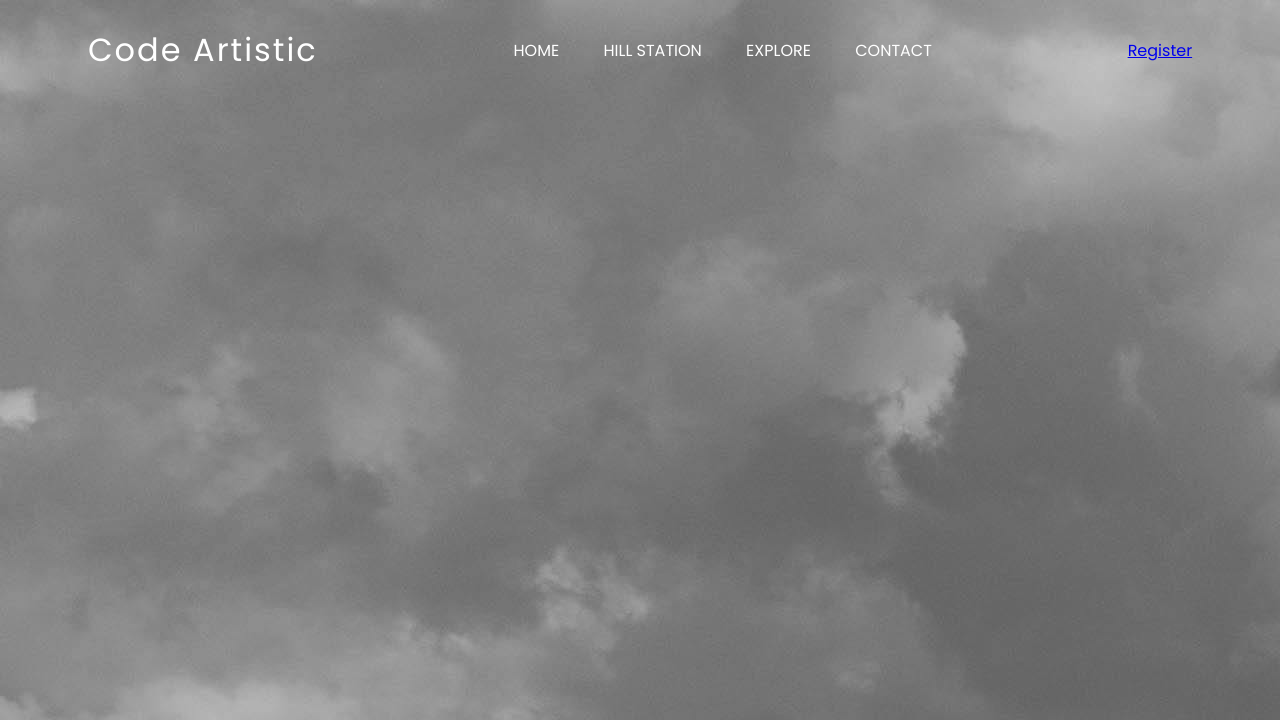
Repository: Ruxmary7/energy
Page: starter/index.html
The author's editor kept a copy of each file at every save. The page is drawn from the files as they stood at one save, then again after a run of saves.
The browser window is 1280 px wide. The pictures show the whole page.

Above is the page before, as saved 2025-01-10 22:03:07.

### starter/index.html
<!DOCTYPE html>
<html lang="en">
<head>
    <meta charset="UTF-8">
    <meta name="viewport" content="width=device-width, initial-scale=1.0">
    <title>Landing page</title>
    <link rel="stylesheet" href="style.css">
</head>
<body>
    <header>
<nav>
    <div class="logo">
Code Artistic
    </div>
<div class="menu">
    <a href="#">Home</a>
    <a href="#">Hill station</a>
    <a href="#">Explore</a>
<a href="#">Contact</a>

</div>
<div class="register">
    <a href="#">Register</a>
</div>

    </header>
</body>
</html>

### starter/style.css

@import url('https://fonts.googleapis.com/css2?family=Hind&family=Poppins:ital,wght@0,200;0,300;0,400;0,500;0,600;1,200&display=swap');

* {
    padding: 0;
    margin: 0;
    box-sizing: border-box;
}

header {
    width: 100%;
    height: 100vh;
    background: url(abc.jpg);
    block-size: cover;
    font-family: Poppins, sans-serif;
 nav {
    width: 100%;
    height: 100px;
    color: #fff;
    display: flex;
    justify-content: space-around;
align-items: center;
 }
 .logo {
font-size: 2em;
letter-spacing: 2px;
 }
 .menu a {
    text-decoration: none;
    color: #fff;
    padding: 10px 20px;
    text-transform: uppercase;
 }
}

After the next 2 saves:
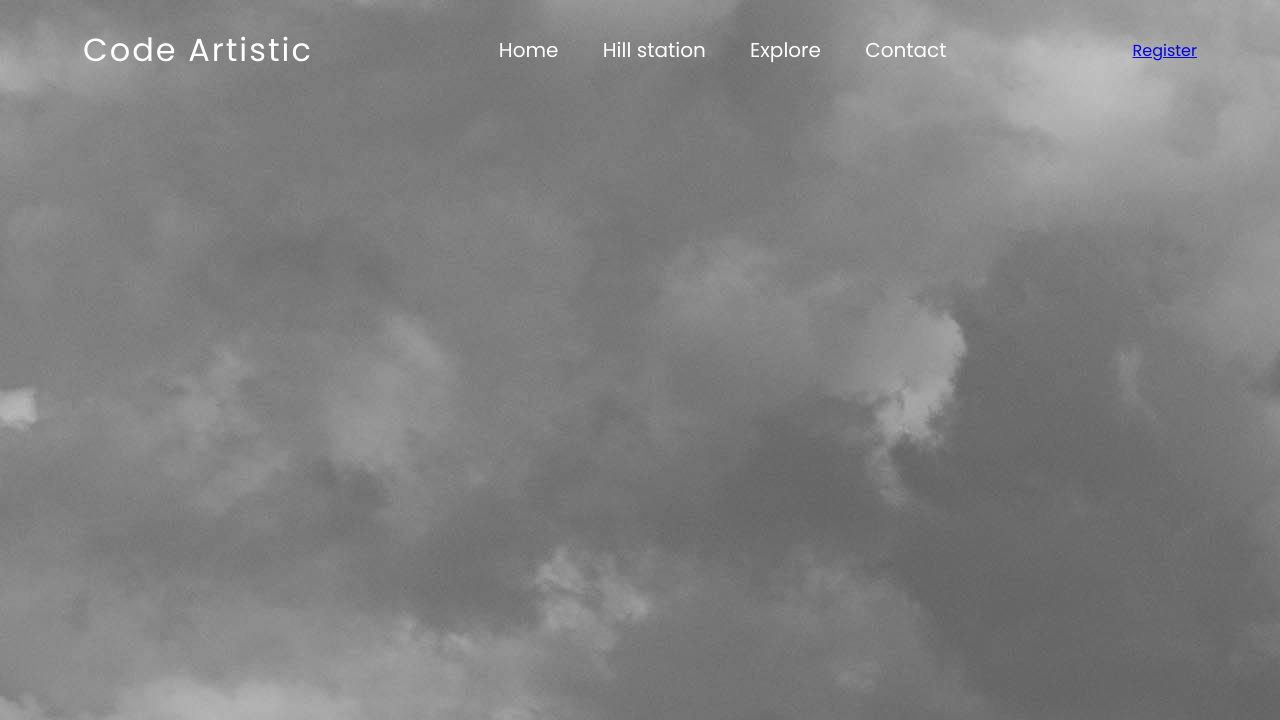
The 2 saves are shown as one change because they came seconds apart.
The last was saved 11 s later.
--- a/starter/style.css
+++ b/starter/style.css
@@ -29,6 +29,6 @@ letter-spacing: 2px;
     text-decoration: none;
     color: #fff;
     padding: 10px 20px;
-    text-transform: uppercase;
+   font-size: 20px;
  }
 }
